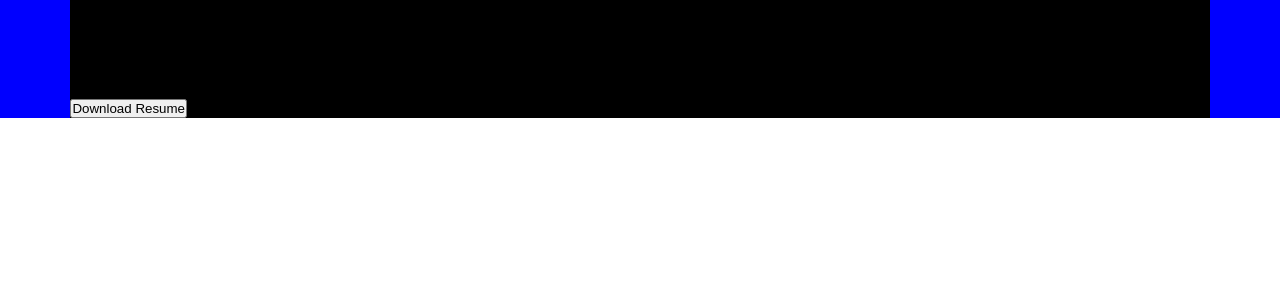
Repository: DevAntonioRogers/vanilla-portfolio
Page: index.html
The author's editor kept a copy of each file at every save. The page is drawn from the files as they stood at one save, then again after the next save.
The browser window is 1280 px wide. The pictures show the whole page.

Above is the page before, as saved 2023-07-12 14:10:41.

### index.html
<!DOCTYPE html>
<html lang="en">
  <head>
    <meta charset="UTF-8" />
    <meta name="viewport" content="width=device-width, initial-scale=1.0" />
    <link rel="stylesheet" href="style.css" />
    <title>Antonio Rogers</title>
  </head>
  <body>
    <nav>
      <div class="container nav-container">
        <a href="/" aria-label="Home"> <h1>Your Name</h1></a>
        <ul>
          <li>
            <a href="/" aria-label="Home">Home</a>
          </li>
          <li>
            <a href="/" aria-label="About Me">About Me</a>
          </li>
          <li>
            <a href="/" aria-label="Projects">Projects</a>
          </li>
          <li>
            <a href="/" aria-label="Contact">Contact</a>
          </li>
          <li>
            <a href="/resume.pdf" download aria-label="Download Resume">
              <button>Download Resume</button>
            </a>
          </li>
        </ul>
      </div>
    </nav>
  </body>
</html>

### style.css
* {
  box-sizing: border-box;
  padding: 0;
  margin: 0;
}

a {
  text-decoration: none;
  color: inherit;
}

li {
  list-style: none;
}

.container {
  width: 89%;
  margin: auto;
}

nav {
  background-color: blue;
}

.nav-container {
  background-color: black;
}

After the next save:
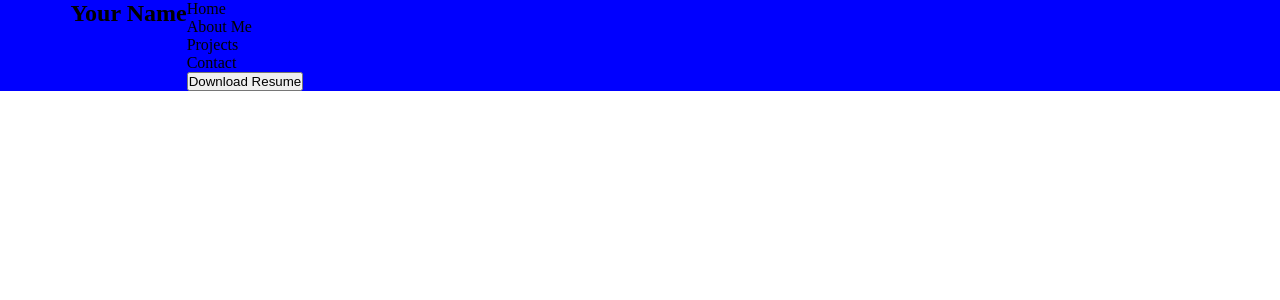
Saved 15 s later.
--- a/style.css
+++ b/style.css
@@ -23,5 +23,5 @@ nav {
 }
 
 .nav-container {
-  background-color: black;
+  display: flex;
 }
